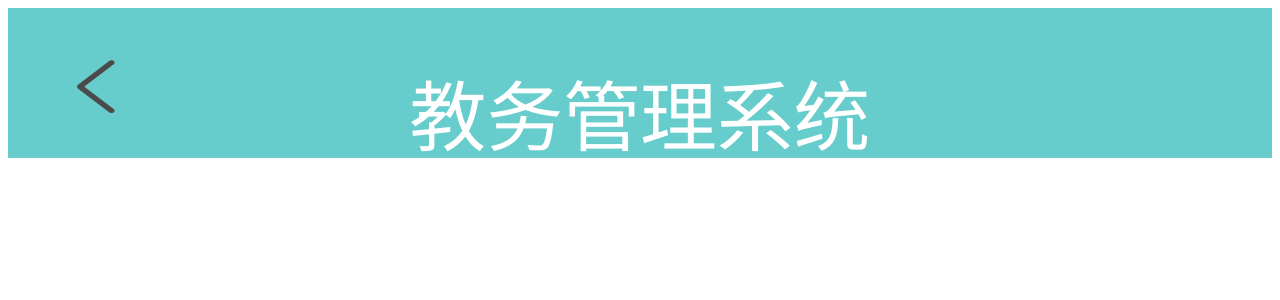
Repository: Cecilia1012/Course-selection-system
Page: http://localhost/SelectClass/personIn.jsp
The author's editor kept a copy of each file at every save. The page is drawn from the files as they stood at one save, then again after the next save.
The browser window is 1280 px wide. The pictures show the whole page.
The page is served by Tomcat 9.

Above is the page before, as saved 2020-06-07 15:17:21.

After the next save:
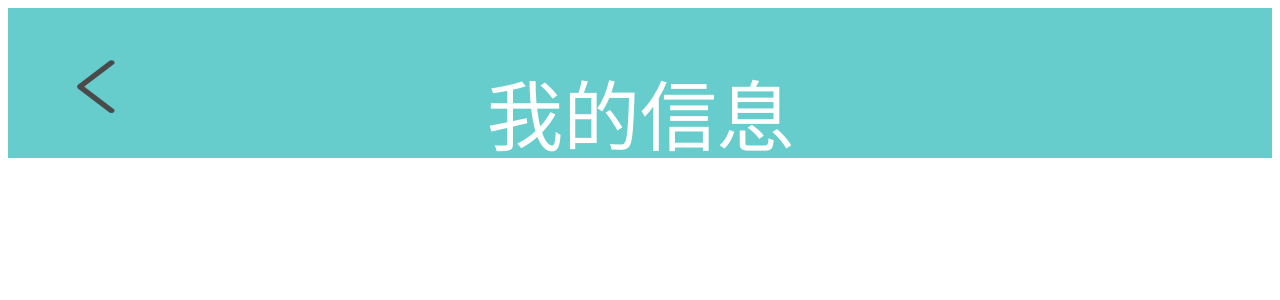
Saved 2 min 37 s later.
--- a/SelectClass/WebContent/personIn.jsp
+++ b/SelectClass/WebContent/personIn.jsp
@@ -77,7 +77,7 @@
 		<div class="back">
       		<img id="return" style="width: 100%; height: 100%;" src="image/return-dark.png" onclick="window.location.href='index.jsp'"/>
    		</div>
-  		<div class="title">教务管理系统</div>
+  		<div class="title">我的信息</div>
 	</div>
 		<%
 		//获取学生信息
